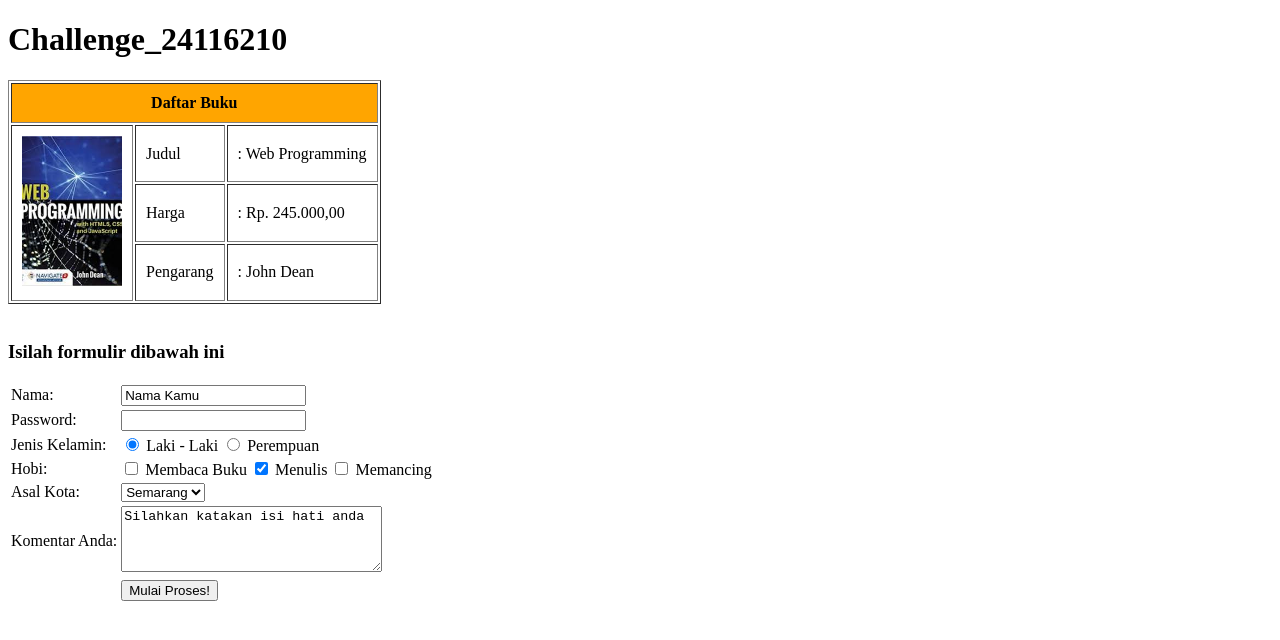
Repository: reskyputrii/Challenge_6210_P4
Page: Challenge_24116210.html
These files come from the project's save history. The page is drawn as it stood at one moment and after the next save; the edit follows.
The browser window is 1280 px wide. The pictures show the whole page.

Above is the page before, as saved 2026-04-20 11:30:15.

After the next save:
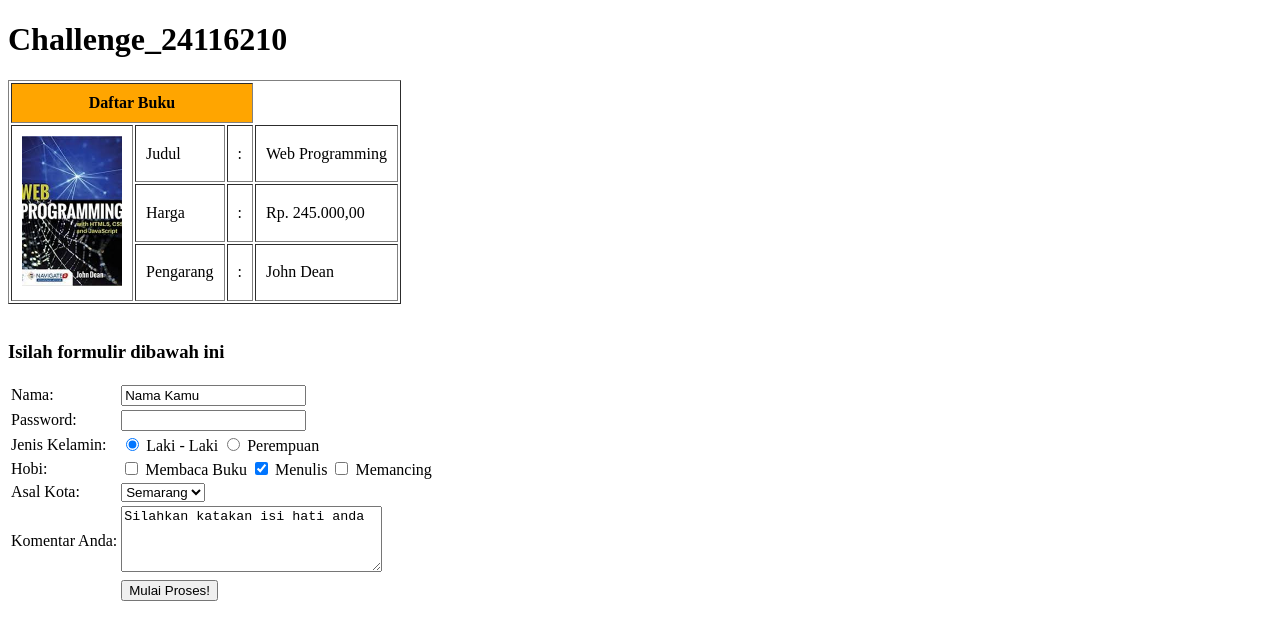
Saved 7 min 39 s later.
--- a/Challenge_24116210.html
+++ b/Challenge_24116210.html
@@ -17,15 +17,18 @@
                 <img src="download.jpg" alt="Buku" width="100">
             </td>
             <td>Judul</td>
-            <td>: Web Programming</td>
+            <td>:</td>
+            <td> Web Programming</td>
         </tr>
         <tr>
             <td>Harga</td>
-            <td>: Rp. 245.000,00</td>
+            <td>:</td>
+            <td>Rp. 245.000,00</td>
         </tr>
         <tr>
             <td>Pengarang</td>
-            <td>: John Dean</td>
+            <td>:</td>
+            <td>John Dean</td>
         </tr>
     </table>
     <br>
